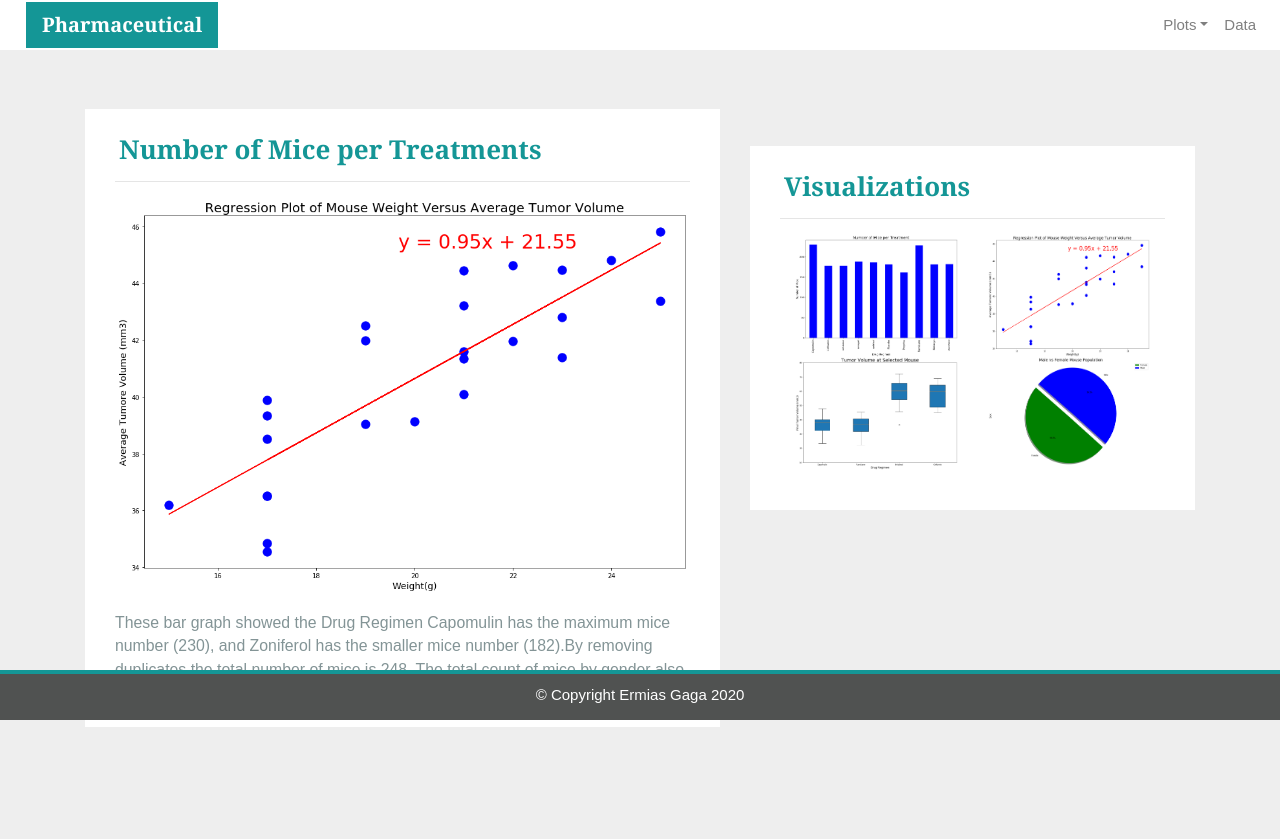
Repository: ermiasgelaye/ermiasgelaye.github.io
Page: Matplotlib-Challenge/Pan_mice_per_treat.html
These files come from the project's save history. The page is drawn as it stood at one moment and after the next save; the edit follows.
The browser window is 1280 px wide. The pictures show the whole page.
Some web libraries are served in a nearby version.

Above is the page before, as saved 2020-08-03 00:20:24.

After the next save:
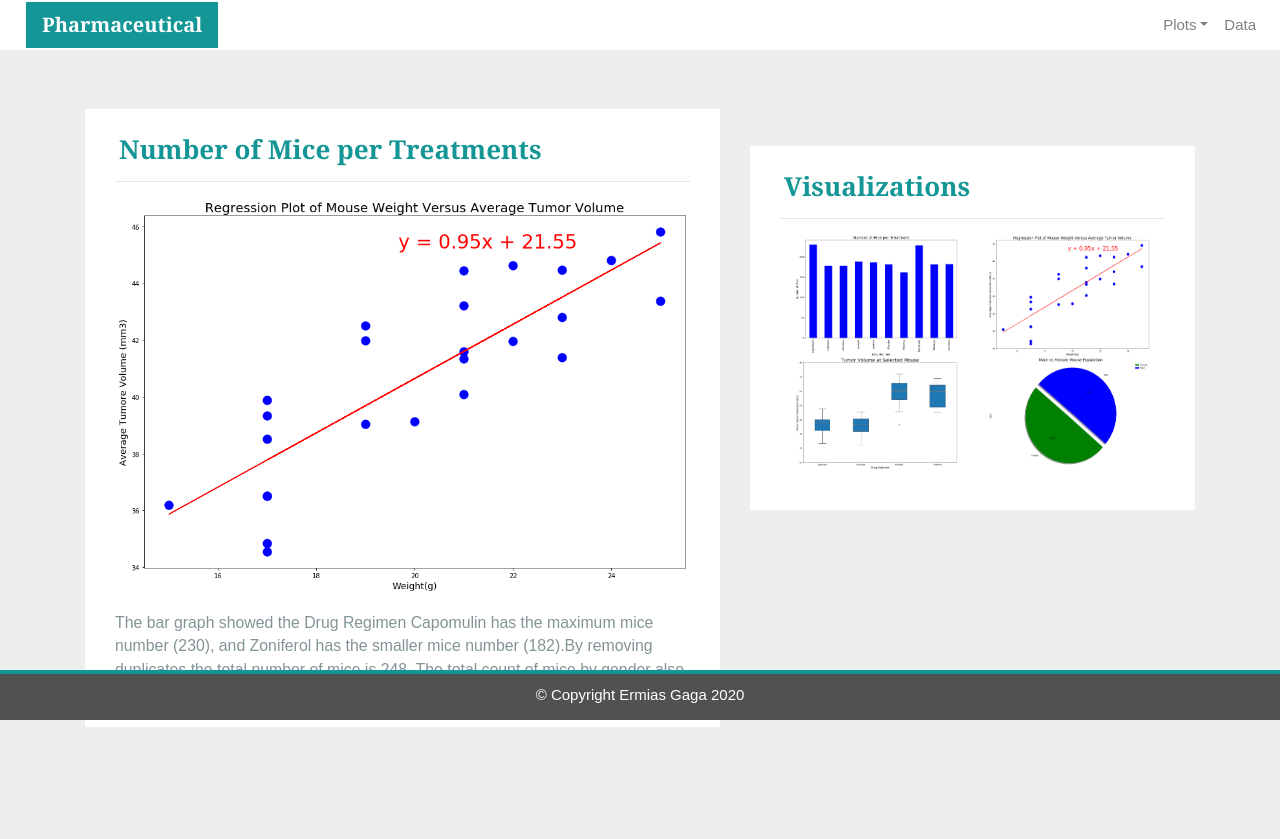
Saved 4 s later.
--- a/Matplotlib-Challenge/Pan_mice_per_treat.html
+++ b/Matplotlib-Challenge/Pan_mice_per_treat.html
@@ -58,7 +58,7 @@
             <hr>
             <img src="Resources/assets/images/linear_regression.png"
               alt="Regreression Plot Mouse Weight Vs. Averaje Tumor Volume">
-            <p>These bar graph showed the Drug Regimen Capomulin has the maximum mice number (230), and Zoniferol has the smaller mice
+            <p>The bar graph showed the Drug Regimen Capomulin has the maximum mice number (230), and Zoniferol has the smaller mice
             number (182).By removing duplicates the total number of mice is 248. The total count of mice by gender also showed that
             124 female mice and 125 male mice.</p>
           </div>
